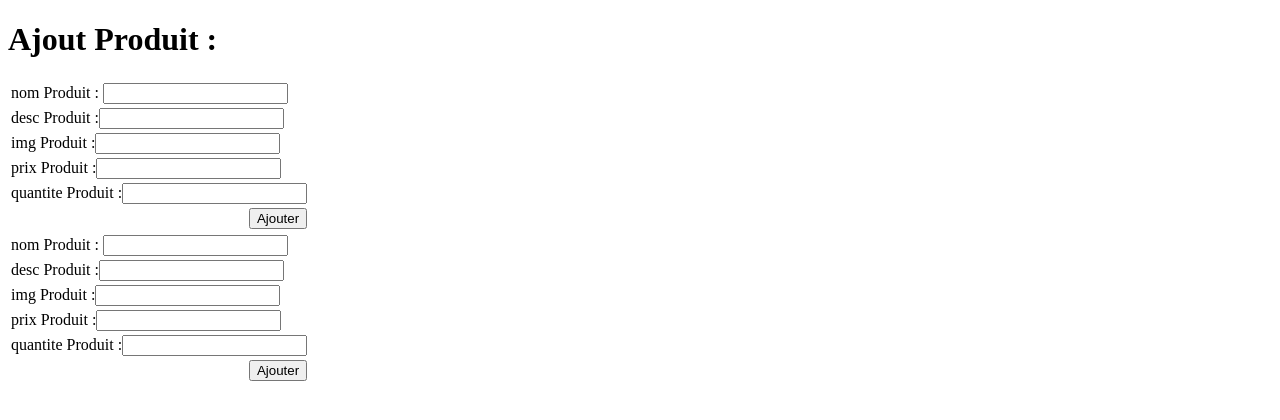
Repository: EBusinesss/Ebusiness
Page: http://localhost/EcomWEB/
An editor plug-in stored every save of this project. The page is shown before and after the next save, followed by the edit.
The browser window is 1280 px wide. The pictures show the whole page.
The page is served by Tomcat 9. Nobody is signed in. The application's start-up code is not run.

Above is the page before, as saved 2014-12-06 22:12:55.

After the next save:
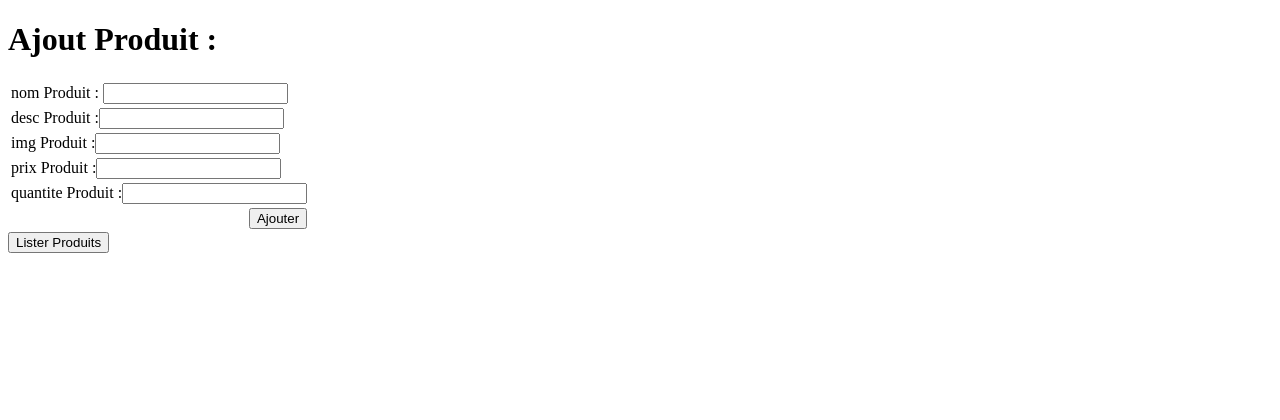
Saved 68 s later.
--- a/Workspace/EcomWEB/WebContent/index.jsp
+++ b/Workspace/EcomWEB/WebContent/index.jsp
@@ -25,16 +25,7 @@
 
 				<form action="ListProductServlet" method="post">
 		<table>
-			<tr><td> nom Produit 		: <input type="text" name="nomProduit" width="25"></td></tr>
-			<tr><td> desc Produit 		:<input type="text" name="descProduit" width="25"></td></tr>
-			<tr><td> img Produit		:<input type="text" name="imgProduit" width="25"></td></tr>
-			<tr><td> prix Produit 		:<input type="text" name="prixProduit" width="25"></td></tr>
-			<tr><td> quantite Produit	:<input type="text" name="quantiteProduit" width="25"></td></tr>
-			<tr>
-				<td align="right" colspan="3">
-					<button name="submit" type="submit">Ajouter</button>
-				</td>
-			</tr>
+			<button name="submit" type="submit">Lister Produits</button>
 		</table>
 		</form>
 
